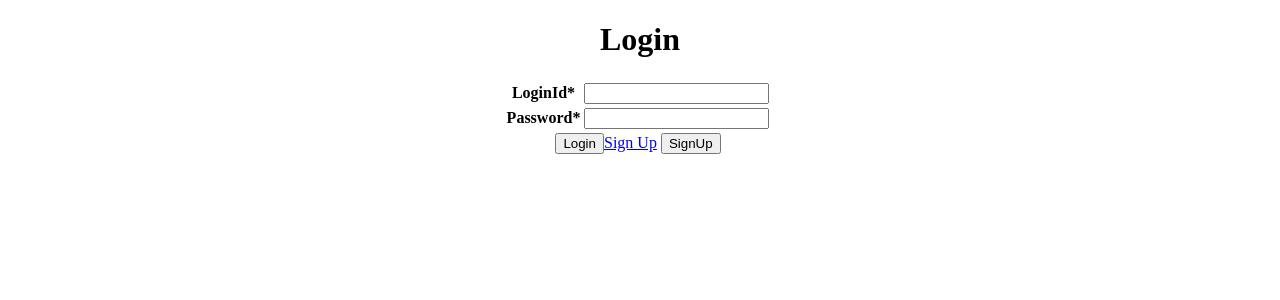
Repository: Shubh2580/Advance-java
Page: http://localhost/Maven_Project/Loginview.jsp
These files come from the project's save history. The page is drawn as it stood at one moment and after the next save; the edit follows.
The browser window is 1280 px wide. The pictures show the whole page.
The page is served by Tomcat 9.

Above is the page before, as saved 2022-05-20 12:53:15.

After the next save:
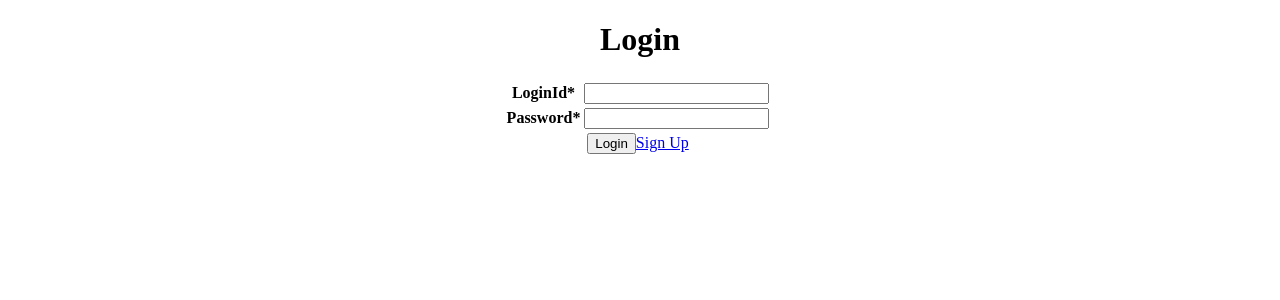
Saved 2 min 3 s later.
--- a/advance java/Maven_Project/src/main/webapp/Loginview.jsp
+++ b/advance java/Maven_Project/src/main/webapp/Loginview.jsp
@@ -46,7 +46,7 @@
            <tr>
 				<td align="center" colspan="2" style="margin-left: 100px">
 				<input type="submit"  value="Login"><a href="UserRegistrationView.jsp">Sign Up</a>
-				<input type="submit"  value="SignUp" name="UserRegistrationView.jsp">
+
 				</td>
 			</tr>
 
